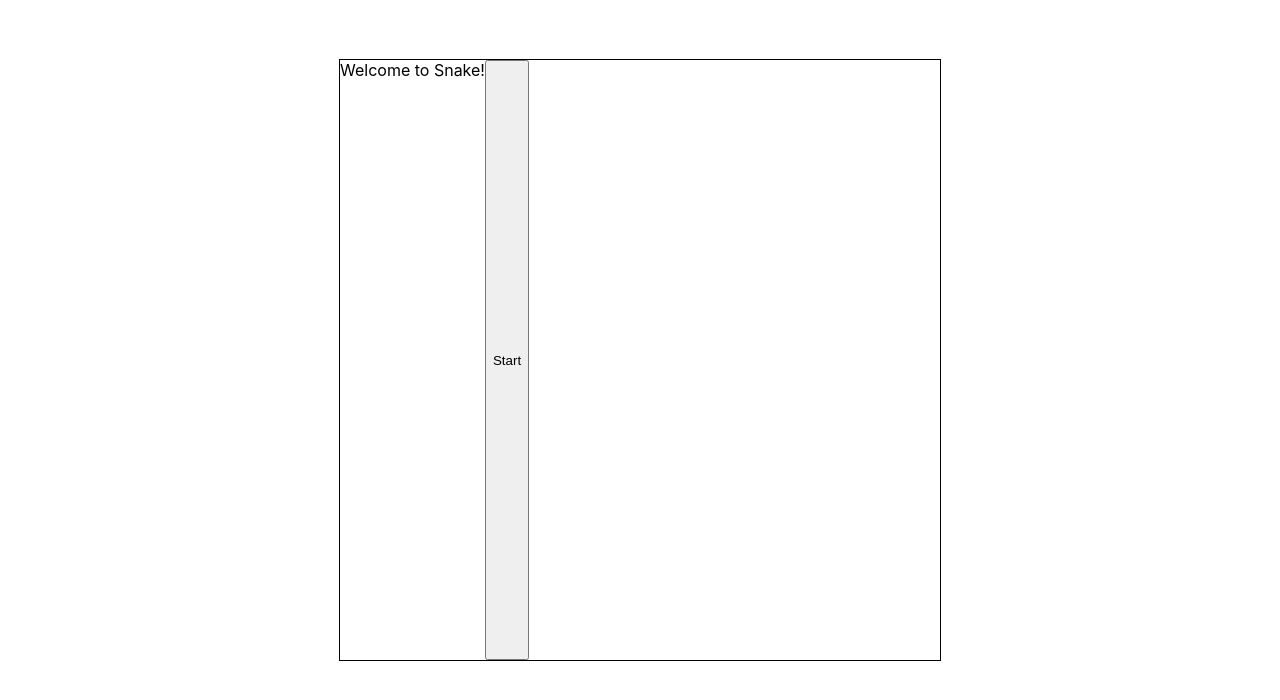
Repository: meills/react-snake
Page: /
These files come from the project's save history. The page is drawn as it stood at one moment and after the next save; the edit follows.
The browser window is 1280 px wide. The pictures show the whole page.
The project was rebuilt for these pictures with package versions that can differ from the ones it lists, and the page was loaded fresh each time. Also part of the build but not shown: src/components/Snakeboard.js, src/styles/App.css.

Above is the page before, as saved 2020-06-15 13:28:06.

### src/App.js
import React from 'react';
import Snakeboard from './components/Snakeboard.js';
import Welcome from './components/Welcome.js';
import GameOver from './components/Welcome.js';
import './styles/App.css';
import './styles/snakeboard.css';

const GRID_SIZE = 30;
const TICK_TIME = 100;

class App extends React.Component {
  state = {
    rows: GRID_SIZE,
    cols: GRID_SIZE,
    grid: [],
    food: {},
    snake: {
        head: {},
        tail: [],
    },
    currDir: 'left',
    tickTime: TICK_TIME,
    gameStart: false,
    gameOver: false,
  }


  render() {

    if (this.state.gameStart) {
      return (<div className="snake-container">
                <Snakeboard />
              </div>);
    }

    if (!this.state.gameStart) {
      return (<div className="snake-container">
                <Welcome />
              </div>);
    }

    if (this.state.gameOver) {

    }


  }

}

export default App;

### src/components/Welcome.js
import React from 'react';
import WelcomeMessage from './WelcomeMessage.js'
import StartButton from './StartButton.js'

function Welcome() {
    return(<div className='welcome'>
                <WelcomeMessage />
                <StartButton />
           </div>);
}

export default Welcome;

### src/styles/snakeboard.css
.snake-container {
    width: 100vw;
    height: 100vh;
    display: flex;
    align-items: center;
    justify-content: center;
}

.welcome {
    outline: 1px solid black;
    display: flex;
    margin: auto;
    width: 600px;
    height: 600px;
    flex-direction: row;
    flex-wrap: wrap;

}

.welcome-message {
    display: flex;
}

.start-btn {
    display: flex;
}

.grid {
    outline: 1px solid black;
    width: 600px;
    height: 600px;
    margin: auto;
    display: flex;
    flex-direction: row;
    flex-wrap: wrap;
}

.grid-item {
    width: 20px;
    height: 20px;
}

.is-food {
    background-color: red;
}


.snake-head {
    background-color: black;
}

.snake-tail {
    background-color: black;
}

### src/components/WelcomeMessage.js
import React from 'react';

function WelcomeMessage() {
    return(<div className='welcome-message'> Welcome to Snake!
           </div>);
}

export default WelcomeMessage;

### src/components/StartButton.js
import React from 'react';

function StartButton() {
    return(<div className='start-btn'><button type='button'>Start</button></div>);
}

export default StartButton;

Loaded but not shown: public/index.html (common file); src/index.js (common file); src/styles/index.css (common file); src/serviceWorker.js (common file)

After the next save:
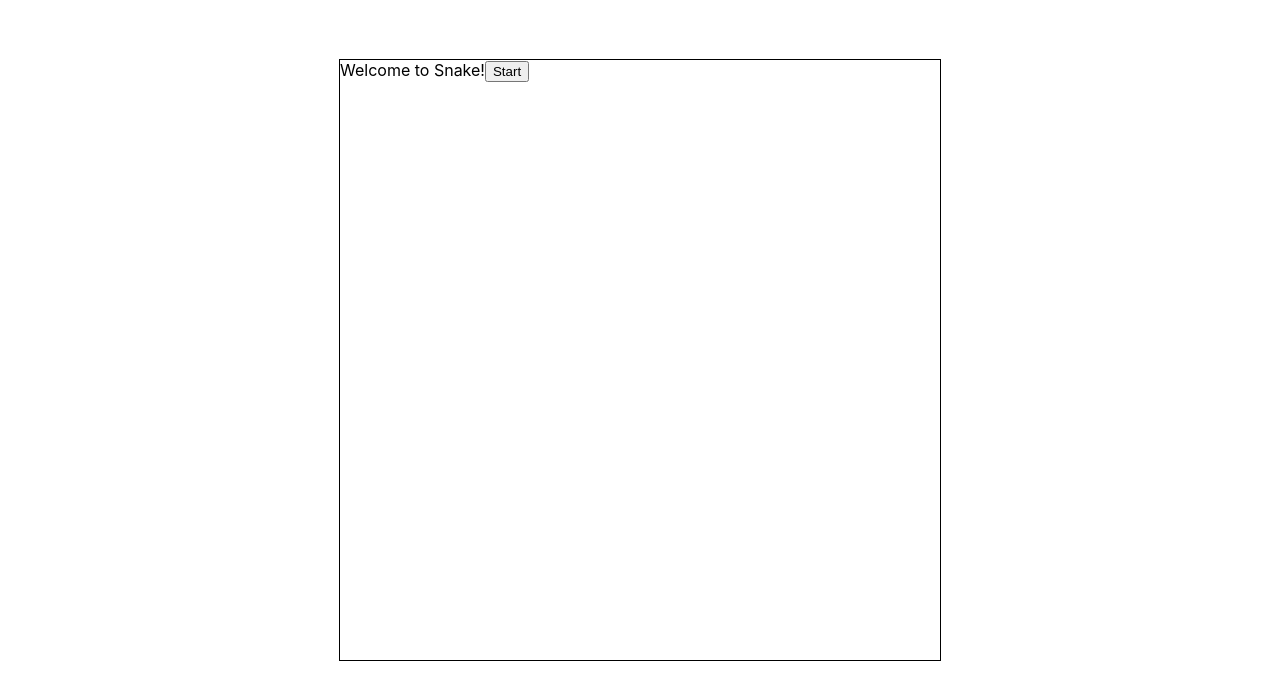
Saved 7 s later.
--- a/src/styles/snakeboard.css
+++ b/src/styles/snakeboard.css
@@ -18,11 +18,9 @@
 }
 
 .welcome-message {
-    display: flex;
 }
 
 .start-btn {
-    display: flex;
 }
 
 .grid {
